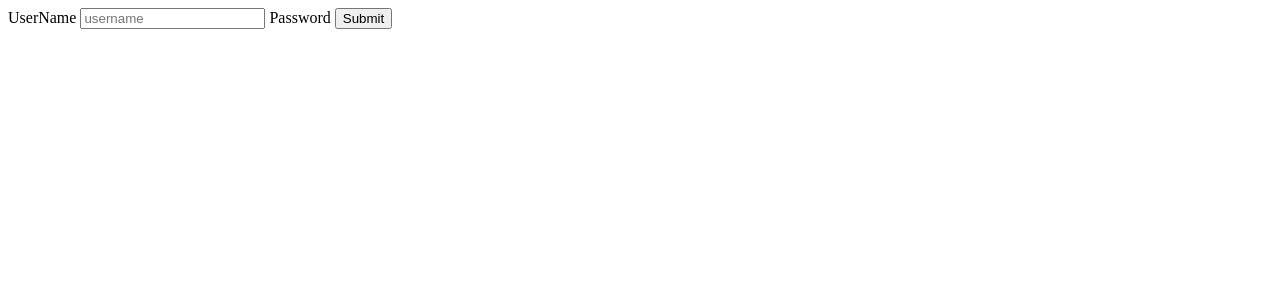
Repository: OrusuRatnamala/JAVA
Page: servlets/Sample/WebContent/New1.html
The author's editor kept a copy of each file at every save. The page is drawn from the files as they stood at one save, then again after the next save.
The browser window is 1280 px wide. The pictures show the whole page.

Above is the page before, as saved 2023-09-14 22:16:15.

After the next save:
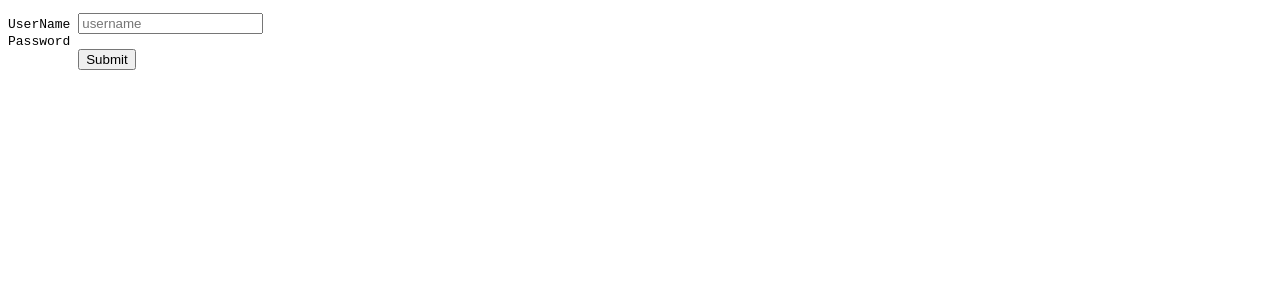
Saved 31 s later.
--- a/servlets/Sample/WebContent/New1.html
+++ b/servlets/Sample/WebContent/New1.html
@@ -5,9 +5,11 @@
 <title>Insert title here</title>
 </head>
 <body>
+<pre>
 UserName <input type="text" name ="username" placeholder="username"/>
 Password <nput type="password" name="password" placeholder="password"/>
          <input type="Submit"/>
+         </pre>
 
 </body>
 </html>
